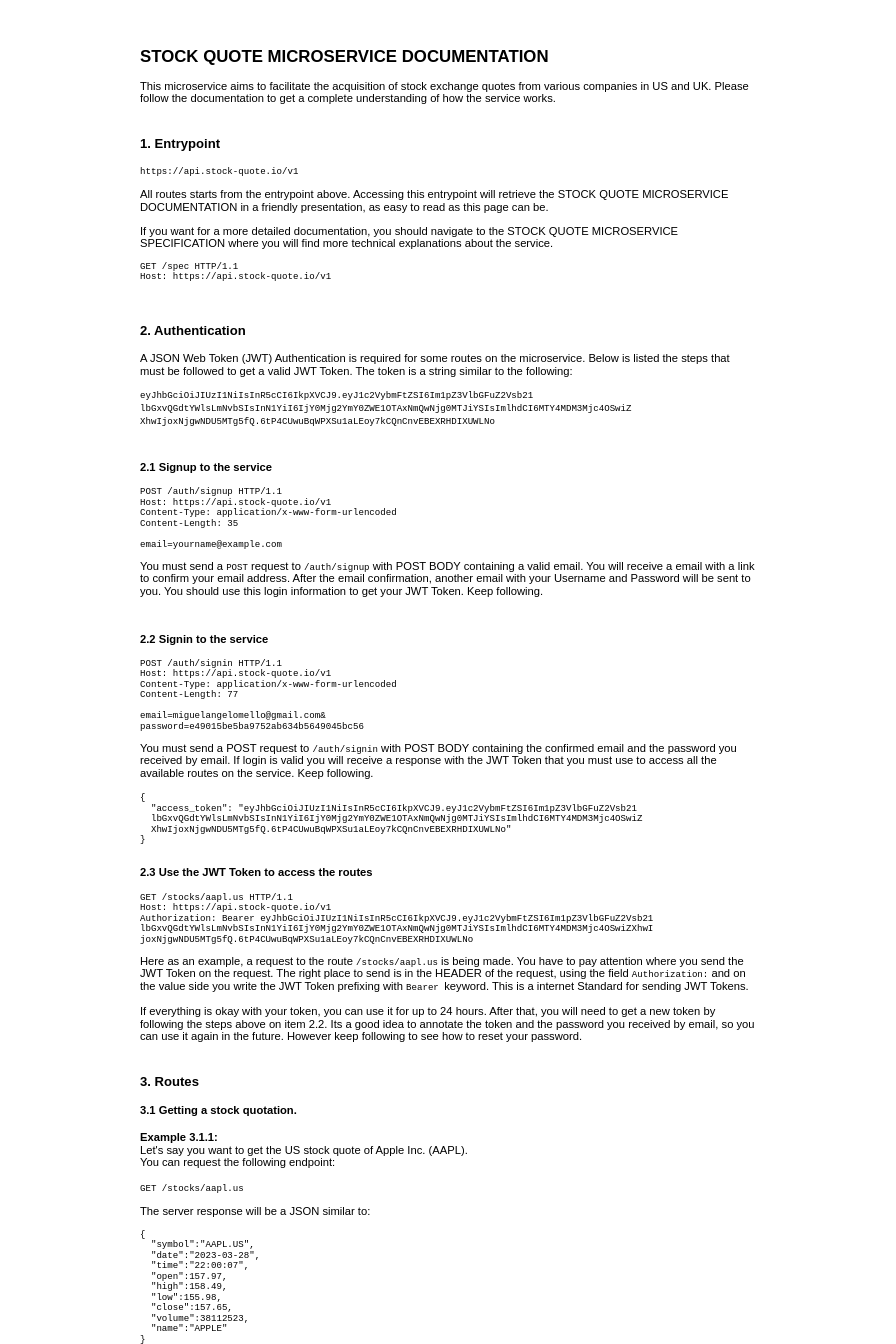
Repository: miguelamello/nest-js
Page: stock-service/documentation.html
The author's editor kept a copy of each file at every save. The page is drawn from the files as they stood at one save, then again after the next save.
The browser window is 1280 px wide. The pictures show the part of the page from y = 0 to 1920 px (the page is 3364 px tall), at 70% of full size.

Above is the page before, as saved 2023-04-02 20:44:50.

### stock-service/documentation.html
<!DOCTYPE html>
<html lang="en">
<head>
  <meta charset="UTF-8">
  <meta http-equiv="X-UA-Compatible" content="IE=edge">
  <meta name="viewport" content="width=device-width, initial-scale=1.0">
  <title>STOCK QUOTE MICROSERVICE</title>
  <style>
    body {
      font-family: Arial, Helvetica, sans-serif;
      padding: 3% 15%;
    }
    h3 {
      margin-top: 5%;
    }
    pre {
      margin: 0;
      overflow: auto;
    }
  </style>
</head>
<body>
  <h2>STOCK QUOTE MICROSERVICE DOCUMENTATION</h2>
  <p>
    This microservice aims to facilitate the acquisition of stock exchange quotes from various
    companies in US and UK. Please follow the documentation to get a complete understanding
    of how the service works.
  </p>

  <h3>1. Entrypoint</h3>
  <code>https://api.stock-quote.io/v1</code>
  <p>
    All routes starts from the entrypoint above. Accessing this entrypoint will
    retrieve the STOCK QUOTE MICROSERVICE DOCUMENTATION in a friendly presentation,
    as easy to read as this page can be.
  </p>

  <p>If you want for a more detailed documentation, you should navigate to the
    STOCK QUOTE MICROSERVICE SPECIFICATION where you will find more technical
    explanations about the service.
  </p>

  <pre>
GET /spec HTTP/1.1
Host: https://api.stock-quote.io/v1
  </pre>

  <h3>2. Authentication</h3>
  <p>A JSON Web Token (JWT) Authentication is required for some routes on the microservice.
    Below is listed the steps that must be followed to get a valid JWT Token. The token is
    a string similar to the following:
  </p>

  <code>eyJhbGciOiJIUzI1NiIsInR5cCI6IkpXVCJ9.eyJ1c2VybmFtZSI6Im1pZ3VlbGFuZ2Vsb21
    lbGxvQGdtYWlsLmNvbSIsInN1YiI6IjY0Mjg2YmY0ZWE1OTAxNmQwNjg0MTJiYSIsImlhdCI6MTY4MDM3Mjc4OSwiZ
    XhwIjoxNjgwNDU5MTg5fQ.6tP4CUwuBqWPXSu1aLEoy7kCQnCnvEBEXRHDIXUWLNo</code>
  <p>

    <br><div><b>2.1 Signup to the service</b></div><br>

    <pre>
POST /auth/signup HTTP/1.1
Host: https://api.stock-quote.io/v1
Content-Type: application/x-www-form-urlencoded
Content-Length: 35

email=yourname@example.com
    </pre>

    <div>You must send a <code>POST</code> request to <code>/auth/signup</code> with POST BODY containing a valid email.
      You will receive a email with a link to confirm your email address. After the email confirmation,
      another email with your Username and Password will be sent to you. You should use this login
      information to get your JWT Token. Keep following.</div>
    </div>
  </p>

  <p>
    <br><div><b>2.2 Signin to the service</b></div><br>

    <pre>
POST /auth/signin HTTP/1.1
Host: https://api.stock-quote.io/v1
Content-Type: application/x-www-form-urlencoded
Content-Length: 77

email=miguelangelomello@gmail.com&
password=e49015be5ba9752ab634b5649045bc56
    </pre>

    <div>You must send a POST request to <code>/auth/signin</code> with POST BODY containing the
      confirmed email and the password you received by email. If login is valid you will
      receive a response with the JWT Token that you must use to access all the available
      routes on the service. Keep following.</div>
    </div><br>

    <pre>
{
  "access_token": "eyJhbGciOiJIUzI1NiIsInR5cCI6IkpXVCJ9.eyJ1c2VybmFtZSI6Im1pZ3VlbGFuZ2Vsb21
  lbGxvQGdtYWlsLmNvbSIsInN1YiI6IjY0Mjg2YmY0ZWE1OTAxNmQwNjg0MTJiYSIsImlhdCI6MTY4MDM3Mjc4OSwiZ
  XhwIjoxNjgwNDU5MTg5fQ.6tP4CUwuBqWPXSu1aLEoy7kCQnCnvEBEXRHDIXUWLNo"
}
    </pre>

  </p>

  <p>
    <div><b>2.3 Use the JWT Token to access the routes</b></div><br>

    <pre>
GET /stocks/aapl.us HTTP/1.1
Host: https://api.stock-quote.io/v1
Authorization: Bearer eyJhbGciOiJIUzI1NiIsInR5cCI6IkpXVCJ9.eyJ1c2VybmFtZSI6Im1pZ3VlbGFuZ2Vsb21
lbGxvQGdtYWlsLmNvbSIsInN1YiI6IjY0Mjg2YmY0ZWE1OTAxNmQwNjg0MTJiYSIsImlhdCI6MTY4MDM3Mjc4OSwiZXhwI
joxNjgwNDU5MTg5fQ.6tP4CUwuBqWPXSu1aLEoy7kCQnCnvEBEXRHDIXUWLNo
    </pre>

    <div>Here as an example, a request to the route <code>/stocks/aapl.us</code> is being made.
      You have to pay attention where you send the JWT Token on the request. The right place to
      send is in the HEADER of the request, using the field <code>Authorization:</code> and on the
      value side you write the JWT Token prefixing with <code>Bearer </code> keyword. This is a internet
      Standard for sending JWT Tokens.
    </div><br>

    <div>
      If everything is okay with your token, you can use it for up to 24 hours. After that, you will
      need to get a new token by following the steps above on item 2.2. Its a good idea to annotate
      the token and the password you received by email, so you can use it again in the future. However
      keep following to see how to reset your password.
    </div>
  </p>

  <h3>3. Routes</h3>

  <h4>3.1 Getting a stock quotation.</h4>

  <p>
    <div><b>Example 3.1.1:</b></div>
    <div>Let's say you want to get the US stock quote of Apple Inc. (AAPL).</div>
    <div>You can request the following endpoint:</div><br>
    <code>GET /stocks/aapl.us</code>

    <p>The server response will be a JSON similar to:</p>

    <pre>
{
  "symbol":"AAPL.US",
  "date":"2023-03-28",
  "time":"22:00:07",
  "open":157.97,
  "high":158.49,
  "low":155.98,
  "close":157.65,
  "volume":38112523,
  "name":"APPLE"
}
    </pre>
  </p>
  <p>
    <div><b>Example 3.1.2:</b></div>
    <div>Let's say you want to get the UK stock quote of HSBC HOLDINGS. (HSBA.UK).</div>
    <div>You can request the following endpoint:</div><br>
    <code>GET /stocks/hsbc.uk</code>

    <p>The server response will be a JSON similar to:</p>

    <pre>
{
  "symbol":"HSBA.UK",
  "date":"2023-03-28",
  "time":"17:39:12",
  "open":546,
  "high":549.3,
  "low":536.3,
  "close":541.1,
  "volume":21063071,
  "name":"HSBC HOLDINGS"
}
    </pre>
  </p>

  <p>
    <div><b>Example 3.1.3:</b></div>
    <div>Let's say you want to get the US Nasdaq stock quote of AMERICAN AIRLINES GROUP (AAL.US).</div>
    <div>However you mispelled the symbol.</div><br>
    <code>GET /stocks/aml.us</code>

    <p>The server response will be a JSON similar to:</p>

    <pre>
{
  "statusCode": 400,
  "message": "A valid stock symbol is required."
}
    </pre>

    <p>
      <b>Note:</b> This route require a valid JWT Token to be sent on the request header.
    </p>
  </p>

  <h3>4. Usage examples</h3>

  <p>Testing can be done using many ways depending of the client resources.</p>

  <code>curl -X GET https://api.remote-stock.io/v1/quote/aapl.us</code>
  <div>From command line as above made with CURL in Linux / Unix / IOS</div>
  <br>
  <code>https://api.remote-stock.io/v1/quote/aapl.us</code>
  <div>From any internet browser by just navigating to the endpoint.</div>
  <br>
  <code>const promisse = await fetch(https://api.remote-stock.io/v1/quote/aapl.us)</code>
  <div>From Node.js using fetch or any other fetch implementation.</div>

  <p>
    <b>Note:</b> All responses from endpoints are in JSON format, which are a
    representation of Javascript(ECMAScript) entities like Arrays, Objects,
    Strings, Numbers and so on. Clients must convert JSON to real entities
    on their side.
  </p>

  <h3>5. Error Responses</h3>

  <p>
    Server will respond with an Error Object Literal containing
    the status and the message of error. Errors can be triggered
    by the client itself, for example when sending mistyped endpoints
    or the server itself can trigger a Error when a
    task can not be completed for any reason.
  </p>

  <p>
    <code>{ "statusCode": number, "message": string }</code><br>
    <div>
      The object literal returned will contain two properties:
      "statusCode" with a number and "message" with the human readable text.
    </div>
  </p>

  <p>Exemple Error Message:</p>
  <p>
    <code>
      {"statusCode":400,"message":"Symbol must be a valid quote."}
    </code>
  </p>

  <h3>6. Disclaimer</h3>
  <p>
    This microservice should be used strictly as proposed in this documentation.
    Any usage that is not in accordance with the documentation may result in harmful
    consequences to the user. The authors of this service are not responsible for
    any misuse of the proposed microservice and its consequences. If you have any question,
    suggestion, information regarding the use of this service, please contact
    the authors at <b>developers@remote-stock.io</b>
  </p>

</body>
</html>

After the next save:
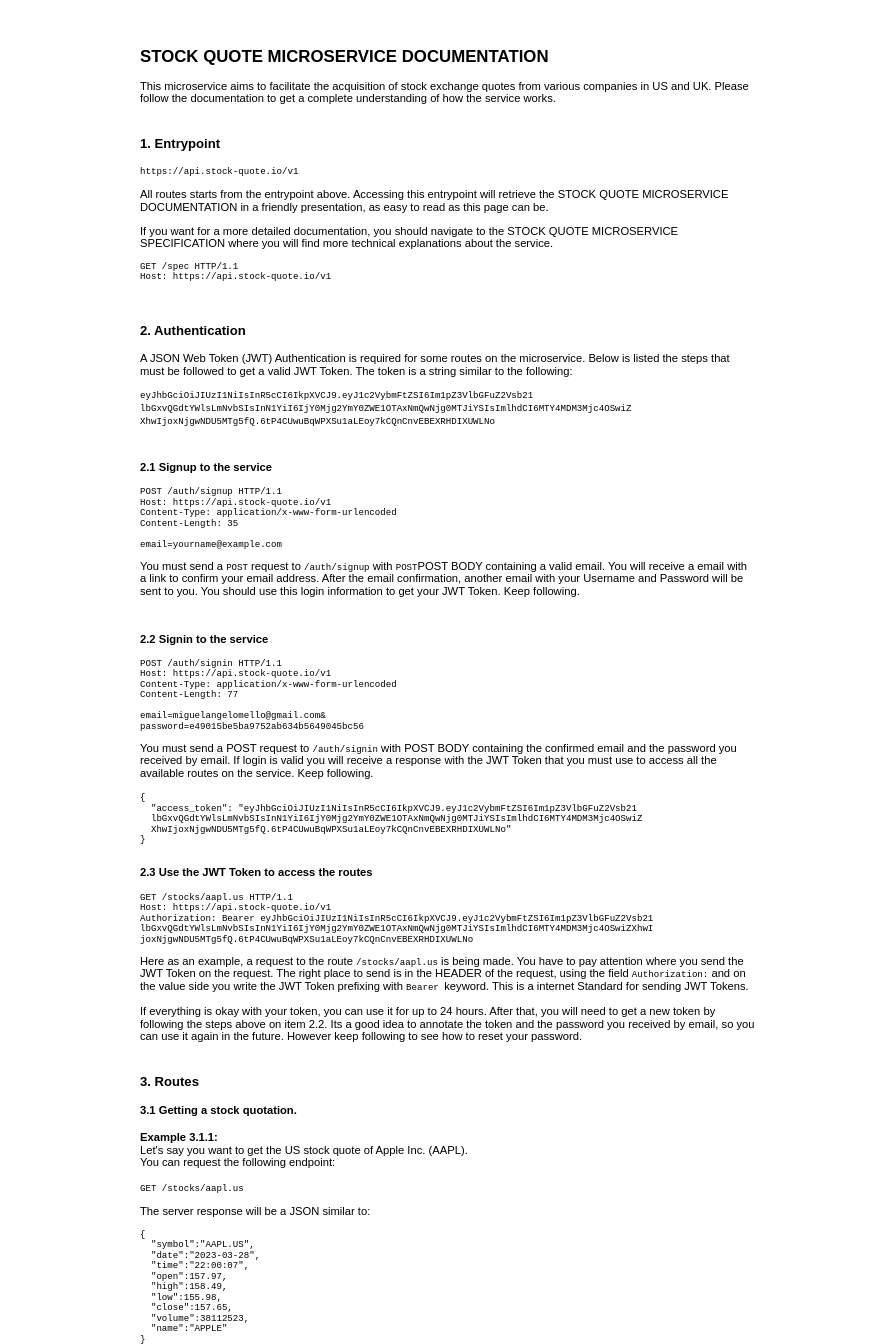
Saved 9 s later.
--- a/stock-service/documentation.html
+++ b/stock-service/documentation.html
@@ -67,7 +67,7 @@ Content-Length: 35
 email=yourname@example.com
     </pre>
 
-    <div>You must send a <code>POST</code> request to <code>/auth/signup</code> with POST BODY containing a valid email.
+    <div>You must send a <code>POST</code> request to <code>/auth/signup</code> with <code>POST</code>POST BODY containing a valid email.
       You will receive a email with a link to confirm your email address. After the email confirmation,
       another email with your Username and Password will be sent to you. You should use this login
       information to get your JWT Token. Keep following.</div>
